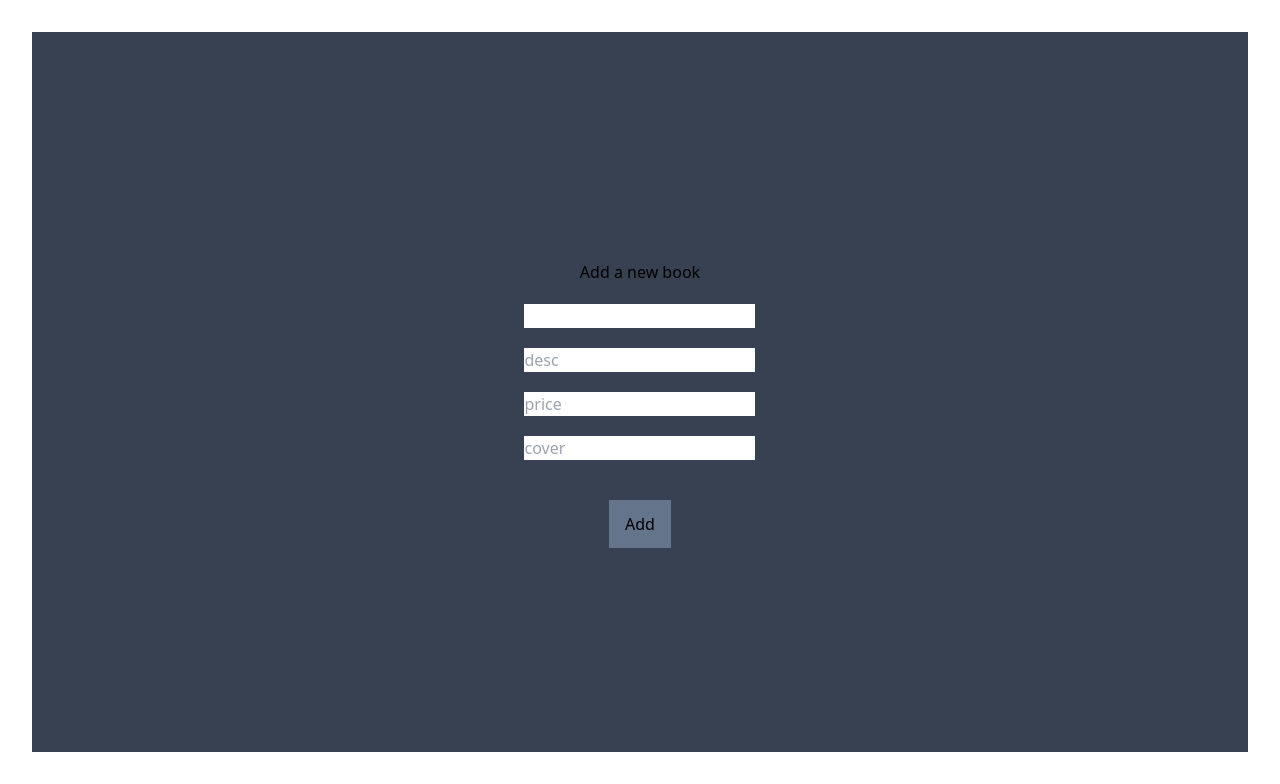
Repository: Vasil1001/fullstack-nutrition-tracker
Page: /add (app in frontend/)
The author's editor kept a copy of each file at every save. The page is drawn from the files as they stood at one save, then again after the next save.
The browser window is 1280 px wide. The pictures show the whole page.
The project was rebuilt for these pictures with package versions that can differ from the ones it lists, and the page was loaded fresh each time. Also part of the build but not shown: frontend/vite.config.js, frontend/src/pages/Books.jsx, frontend/src/pages/Update.jsx.

Above is the page before, as saved 2023-05-21 16:13:50.

### frontend/src/App.jsx
import { useState } from 'react'
import reactLogo from './assets/react.svg'
import viteLogo from '/vite.svg'
import './App.css'
import { BrowserRouter, Routes, Route } from 'react-router-dom'
import Books from './pages/Books'
import Add from './pages/Add'
import Update from './pages/Update'

function App() {
  return (
    <div className="bg-gray-700">
      <div className="max-w-screen mx-auto flex min-h-screen flex-col justify-center bg-gray-700 px-10 xl:w-10/12  ">
        <BrowserRouter>
          <Routes>
            <Route path="/" element={<Books />} />
            <Route path="/add" element={<Add />} />
            <Route path="/update" element={<Update />} />
          </Routes>
        </BrowserRouter>
      </div>
    </div>
  )
}

export default App

### frontend/src/pages/Add.jsx
import axios from 'axios'
import React, { useState } from 'react'
import { useNavigate } from 'react-router-dom'

export default function Add() {
  const [book, setBook] = useState({
    title: '',
    desc: '',
    price: 'null',
    cover: '',
  })

  const navigate = useNavigate()

  const handleChange = (e) => {
    setBook((prev) => ({ ...prev, [e.target.name]: e.target.value }))
  }

  const handleClick = async e => {
    e.preventDefault()

    try {
        await axios.post('http://localhost:8080/books', book)
        navigate('/')
    } catch (error) {
        console.log(error)
    }
  }

  console.log(book)

  return (
    <div className="justify-center items-center mx-auto flex flex-col gap-5 mt-6 justify-center">
      <h1>Add a new book</h1>
      <input type="text" palceholder="title" name="title" onChange={handleChange} />
      <input type="text" placeholder="desc" name="desc" onChange={handleChange} />
      <input type="number" placeholder="price" name="price" onChange={handleChange} />
      <input type="text" placeholder="cover" name="cover" onChange={handleChange} />
      <button className='p-3 px-4 bg-slate-500 mt-5' onClick={handleClick}>Add</button>
    </div>
  )
}

### frontend/tailwind.config.js
/** @type {import('tailwindcss').Config} */
export default {
  content: [
    "./index.html",
    "./src/**/*.{js,ts,jsx,tsx}",
  ],
  theme: {
    extend: {},
  },
  plugins: [require("tailwindcss-animate")],
}

Loaded but not shown: frontend/index.html (common file); frontend/src/main.jsx (common file); frontend/src/index.css (common file); frontend/src/App.css (common file)

After the next save:
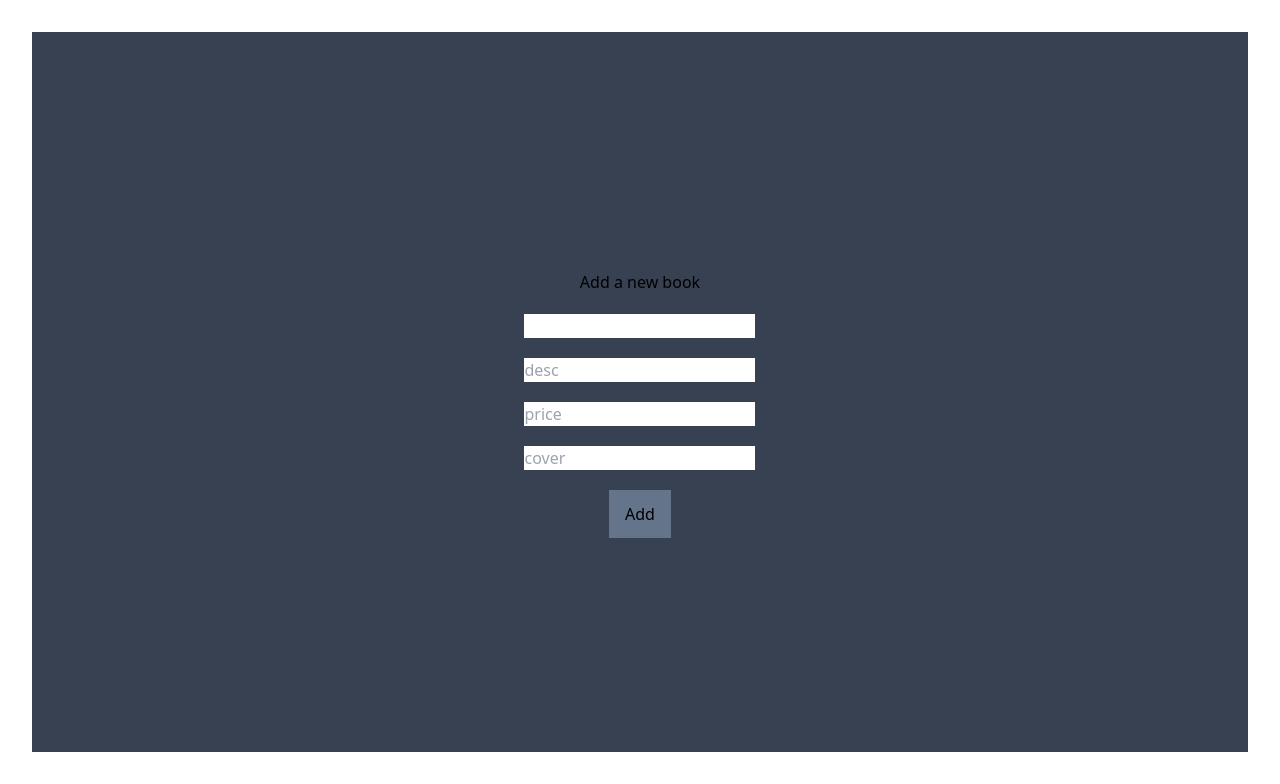
Saved 5 s later.
--- a/frontend/src/pages/Add.jsx
+++ b/frontend/src/pages/Add.jsx
@@ -36,7 +36,7 @@ export default function Add() {
       <input type="text" placeholder="desc" name="desc" onChange={handleChange} />
       <input type="number" placeholder="price" name="price" onChange={handleChange} />
       <input type="text" placeholder="cover" name="cover" onChange={handleChange} />
-      <button className='p-3 px-4 bg-slate-500 mt-5' onClick={handleClick}>Add</button>
+      <button className='p-3 px-4 bg-slate-500 ' onClick={handleClick}>Add</button>
     </div>
   )
 }
